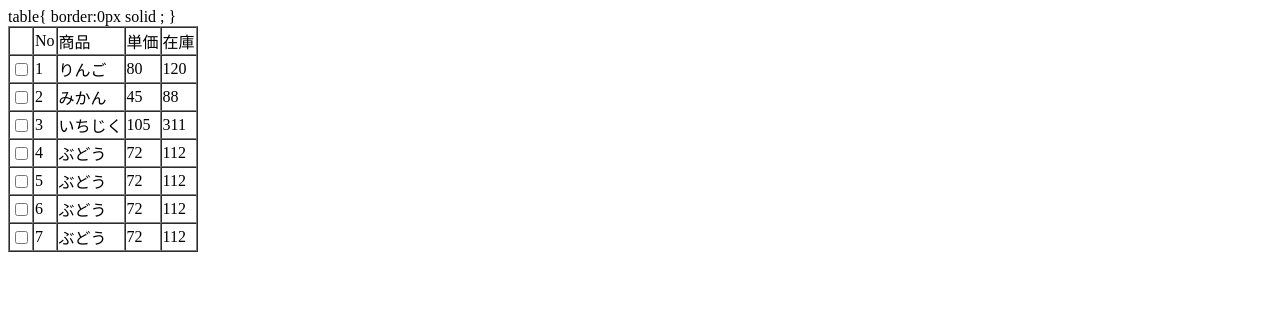
Repository: nathox/backup
Page: http://localhost/Favorite/s.jsp
The author's editor kept a copy of each file at every save. The page is drawn from the files as they stood at one save, then again after the next save.
The browser window is 1280 px wide. The pictures show the whole page.
The page is served by Tomcat 9. Other server files are loaded and not shown.

Above is the page before, as saved 2018-02-07 07:56:37.

### Favorite/WebContent/s.jsp
<%@ page language="java" contentType="text/html; charset=UTF-8"
    pageEncoding="UTF-8"%>
<!DOCTYPE html PUBLIC "-//W3C//DTD HTML 4.01 Transitional//EN" "http://www.w3.org/TR/html4/loose.dtd">
<html>
<head>



<meta http-equiv="Content-Type" content="text/html; charset=UTF-8">
<title>Insert title here</title>

table{
border:0px solid ;

}




</head>
<body>

 <table border="1" cellspacing="0">
        <thead id="hoge-head">
            <tr>
                <td></td>
                <td>No</td>
                <td>商品</td>
                <td>単価</td>
                <td>在庫</td>
            </tr>
        </thead>
        <tbody id="hoge-body">
            <tr>
                <td><input type="checkbox"></td>
                <td>1</td>
                <td>りんご</td>
                <td>80</td>
                <td>120</td>
            </tr>
            <tr>
                <td><input type="checkbox"></td>
                <td>2</td>
                <td>みかん</td>
                <td>45</td>
                <td>88</td>
            </tr>
            <tr>
                <td><input type="checkbox"></td>
                <td>3</td>
                <td>いちじく</td>
                <td>105</td>
                <td>311</td>
            </tr>
            <tr>
                <td><input type="checkbox"></td>
                <td>4</td>
                <td>ぶどう</td>
                <td>72</td>
                <td>112</td>
            </tr>

            <tr>
                <td><input type="checkbox"></td>
                <td>5</td>
                <td>ぶどう</td>
                <td>72</td>
                <td>112</td>
            </tr>

            <tr>
                <td><input type="checkbox"></td>
                <td>6</td>
                <td>ぶどう</td>
                <td>72</td>
                <td>112</td>
            </tr>

            <tr>
                <td><input type="checkbox"></td>
                <td>7</td>
                <td>ぶどう</td>
                <td>72</td>
                <td>112</td>
            </tr>

        </tbody>
    </table>











</body>
</html>

After the next save:
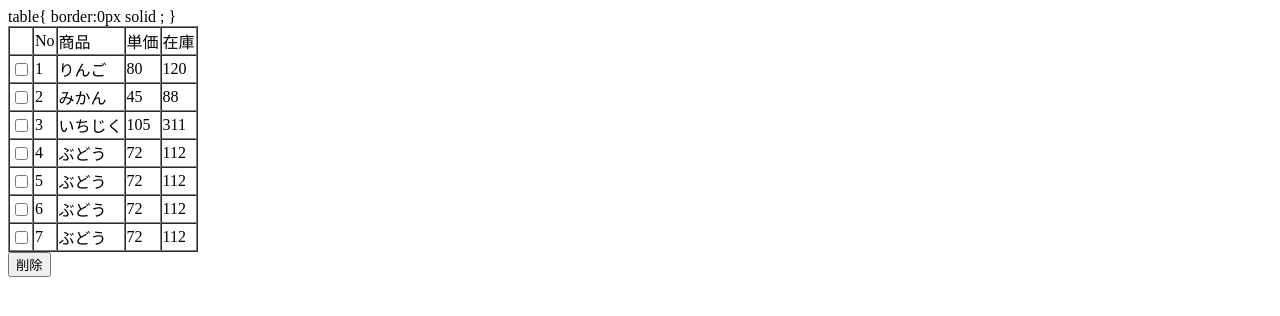
Saved 4 min 10 s later.
--- a/Favorite/WebContent/s.jsp
+++ b/Favorite/WebContent/s.jsp
@@ -89,7 +89,8 @@ border:0px solid ;
 
 
 
-
+<INPUT
+				TYPE="button" VALUE="削除" onClick="location.href=''">
 
 
 
